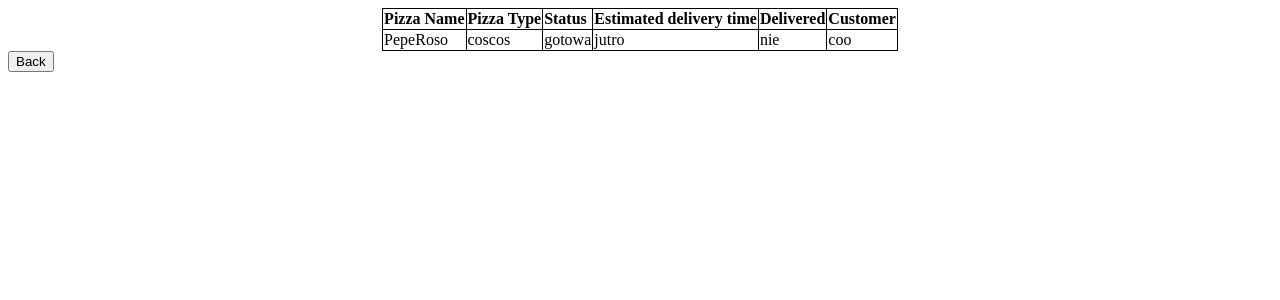
Repository: wisni4k/html-trainee
Page: testWeb/WebContent/OrdersList.html
An editor plug-in stored every save of this project. The page is shown before and after the next save, followed by the edit.
The browser window is 1280 px wide. The pictures show the whole page.

Above is the page before, as saved 2015-07-10 13:12:34.

### testWeb/WebContent/OrdersList.html
<!DOCTYPE html>
<html>
<head>
<meta charset="UTF-8">
<title>Insert title here</title>
<link rel="stylesheet" type="text/css" href="TableStyle.css">
</head>
<body>

	<table>
		<tr>
			<td><b>Pizza Name</b></td>
			<td><b>Pizza Type</b></td>
			<td><b>Status </b></td>
			<td><b>Estimated delivery time</b></td>
			<td><b>Delivered</b></td>
			<td><b>Customer</b></td>

		</tr>
		<tr>
			<td>PepeRoso</td>
			<td>coscos</td>
			<td>gotowa</td>
			<td>jutro</td>
			<td>nie</td>
			<td>coo</td>
		</tr>
	</table>
	<form action="Formularz.html">
		<input type="submit" value="Back">
	</form>

</body>
</html>

### testWeb/WebContent/TableStyle.css
@CHARSET "UTF-8";

table {
	border-collapse: collapse;
	margin-left: auto;
	margin-right: auto;
}

table, th, td {
	border: 1px solid black;
}

td:FIRST-LINE {
	border: 1px solid red;
}

After the next save:
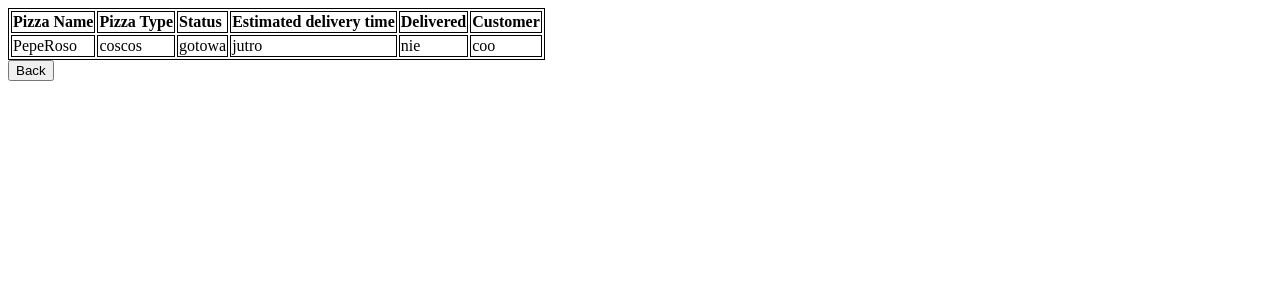
Saved 3 min 9 s later.
--- a/testWeb/WebContent/TableStyle.css
+++ b/testWeb/WebContent/TableStyle.css
@@ -1,9 +1,10 @@
 @CHARSET "UTF-8";
 
-table {
+table td{
 	border-collapse: collapse;
 	margin-left: auto;
 	margin-right: auto;
+	border-bottom-style: solid;
 }
 
 table, th, td {
